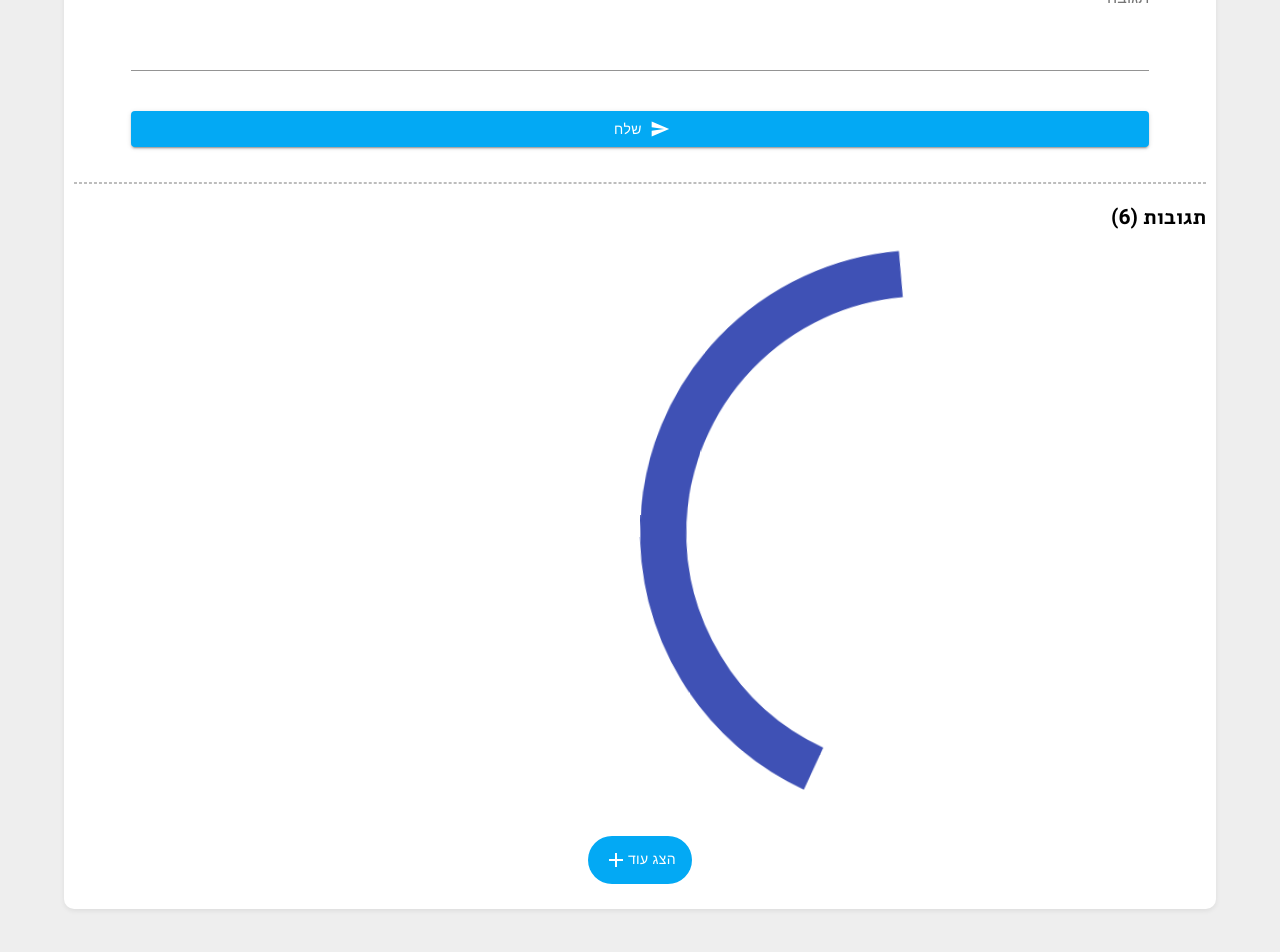
Repository: Ylan-sayada/blog-web-junior
Page: /article/1
An editor plug-in stored every save of this project. The page is shown before and after the next save, followed by the edit.
The browser window is 1280 px wide. The pictures show the part of the page from y = 893 to 1845 px (the page is 2166 px tall before and 1645 px after).
The project was rebuilt for these pictures with package versions that can differ from the ones it lists, and the page was loaded fresh each time. Also part of the build but not shown: src/common/mainComponents/Header.tsx, src/utils/isEmail.ts, src/common/vendorComponents/materialUi/input/NewsletterInput.tsx, src/utils/getRect.ts, src/common/mainComponents/Newsletter.tsx, src/common/components/ect/Img.tsx, src/common/components/ect/PreviewArticle.tsx, src/common/mainComponents/ArticleWidgetGenerator.tsx and 5 more.

Above is the page before, as saved 2021-06-04 12:08:06.

After the next save:
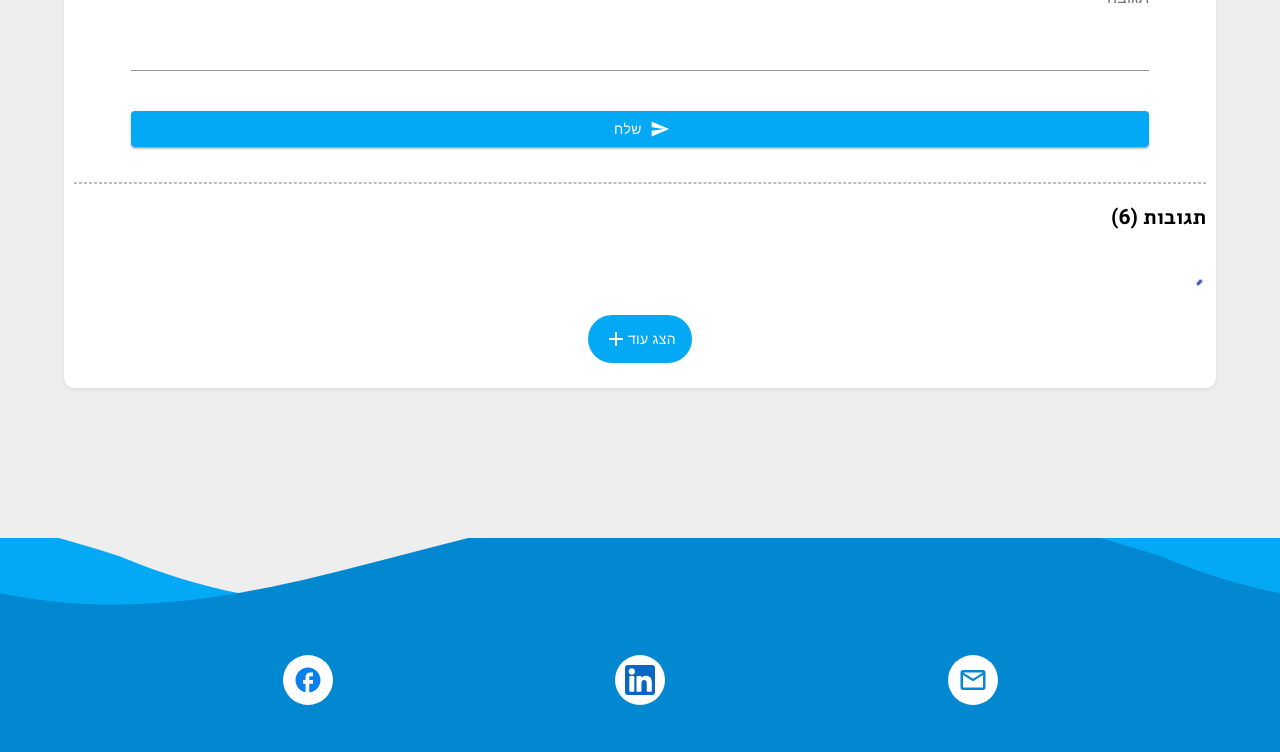
Saved 86 s later.
--- a/src/common/components/ect/MessageInterface.tsx
+++ b/src/common/components/ect/MessageInterface.tsx
@@ -32,7 +32,7 @@ export default function MessageInterface() {
             <MessageForm action="/api/sendMessage" />
             <FineSep dashed />
             <h3>תגובות (6)  </h3>
-            {comments.length === 0 ? <CircularProgress style={{ height: "auto", width: "50%", display: "flex", alignSelf: "center", alignItems: "center", justifyContent: "center" }} /> : comments.filter((comment, index) => index < 3).map((comment, index) => {
+            {comments.length === 0 ? <CircularProgress style={{}} /> : comments.filter((comment, index) => index < 3).map((comment, index) => {
                 return <Comments comments={comment} key={index} />
             })}
             <div style={{
